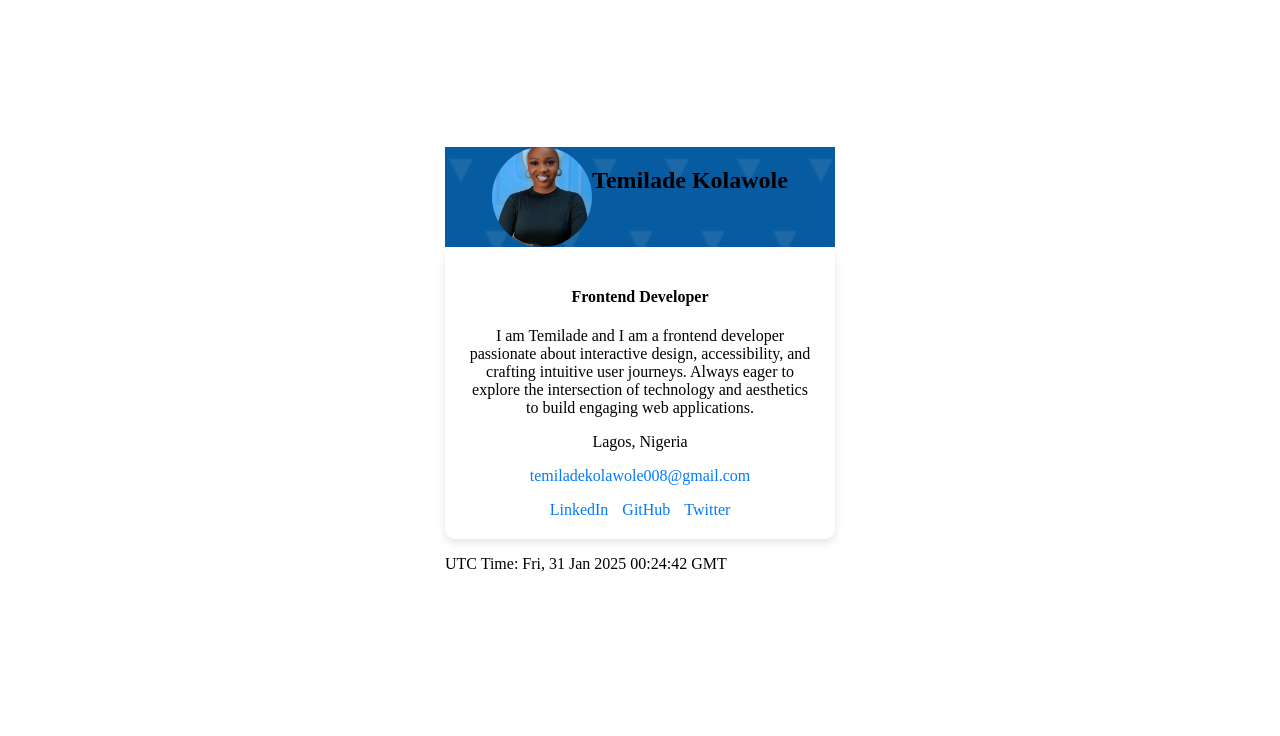
Repository: KolawoleTemilade/ticket-guarantor
Page: profilecard/index..html
The author's editor kept a copy of each file at every save. The page is drawn from the files as they stood at one save, then again after the next save.
The browser window is 1280 px wide. The pictures show the whole page.

Above is the page before, as saved 2025-02-04 17:03:03.

### profilecard/index..html
<!DOCTYPE html>
<html lang="en">
<head>
    <meta charset="UTF-8">
    <meta name="viewport" content="width=device-width, initial-scale=1.0">
    <title>Profile Card</title>
    <link rel="stylesheet" href="style.css">
</head>
<body>
    <section >
        <div class="background" style="background-image: url('./asset/bgo.svg');">
            <img src="./asset/profile.jpg" alt="Profile Picture" data-testid="profilePicture">
            <h2 data-testid="fullName">Temilade Kolawole</h2>
        </div>
        <div class="card">
        <h4 data-testid="jobTitle">Frontend Developer</h4>
        <p data-testid="shortBio">
            I am Temilade and I am a frontend developer passionate about interactive design,
            accessibility, and crafting intuitive user journeys. Always eager to explore
            the intersection of technology and aesthetics to build engaging web applications.
        </p>
        <p data-testid="currentLocation">Lagos, Nigeria</p>
        <p data-testid="emailAddress">
            <a href="mailto:temiladekolawole008@gmail.com" target="_blank">
                temiladekolawole008@gmail.com
            </a>
        </p>
        <div class="social-links" data-testid="socialLinks">
            <a href="https://linkedin.com/in/temiladekolawole13" target="_blank">LinkedIn</a>
            <a href="https://github.com/kolawoleTemilade" target="_blank">GitHub</a>
            <a href="https://twitter.com/temmie415" target="_blank">Twitter</a>
        </div>
    </div>
        <p data-testid="currentTimeUTC" id="utcTime"></p>
    </section>

    <script>
        // Update UTC time every second
        function updateTime() {
            const utcTime = new Date().toUTCString();
            document.getElementById('utcTime').textContent = `UTC Time: ${utcTime}`;
        }

        // Initial call and set interval
        updateTime();
        setInterval(updateTime, 1000);
    </script>
</body>
</html>

### profilecard/style.css
body {
display: flex;
align-items: center;
justify-content: center;
height: 100vh;

}

.card {
  background: #fff;
  padding: 20px;
  border-radius: 10px;
  box-shadow: 0 4px 8px rgba(0, 0, 0, 0.1);
  text-align: center;
  max-width: 350px;
  width: 100%;
}
.background {
  width: 100%;
  padding: 0;
  display: flex;

  justify-content: center;
}
img {
  width: 100px;
  height: 100px;
  border-radius: 50%;
  object-fit: cover;
}
a {
  margin: 0 5px;
  text-decoration: none;
  color: #007bff;
}

After the next save:
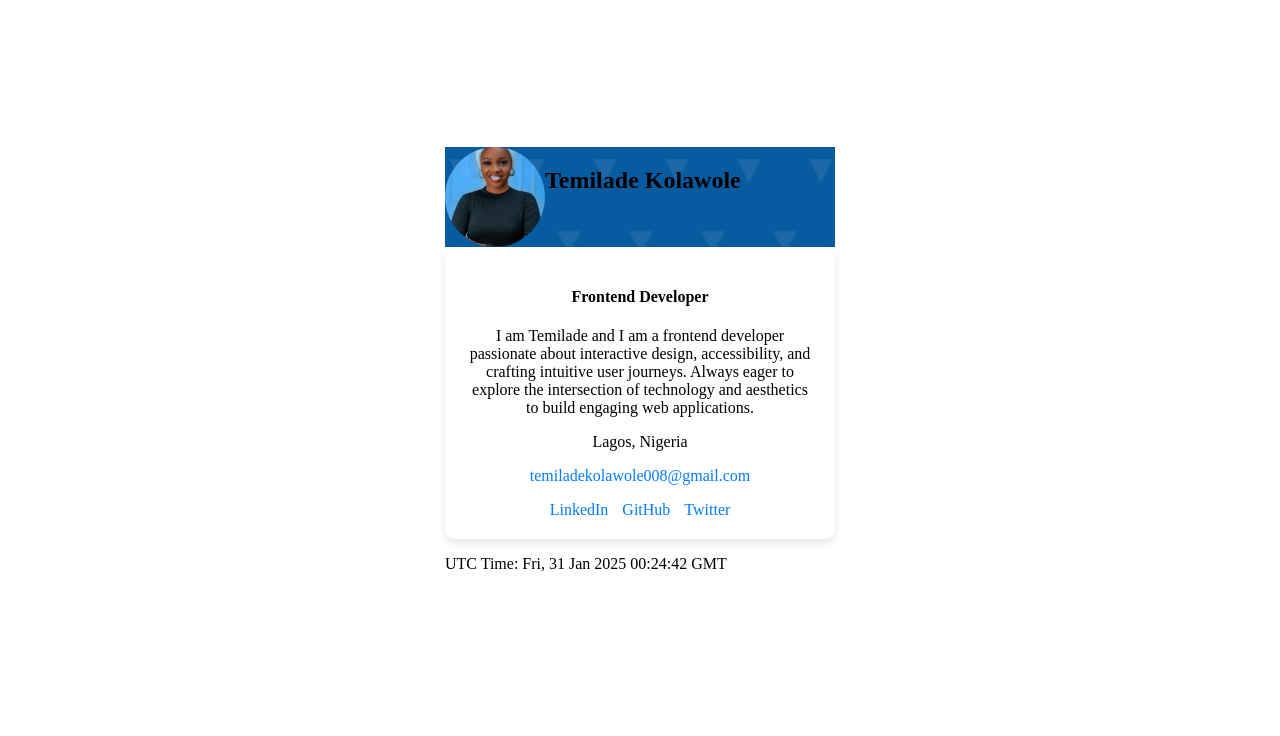
Saved 17 s later.
--- a/profilecard/style.css
+++ b/profilecard/style.css
@@ -19,7 +19,7 @@ height: 100vh;
   width: 100%;
   padding: 0;
   display: flex;
-
+fl
   justify-content: center;
 }
 img {
